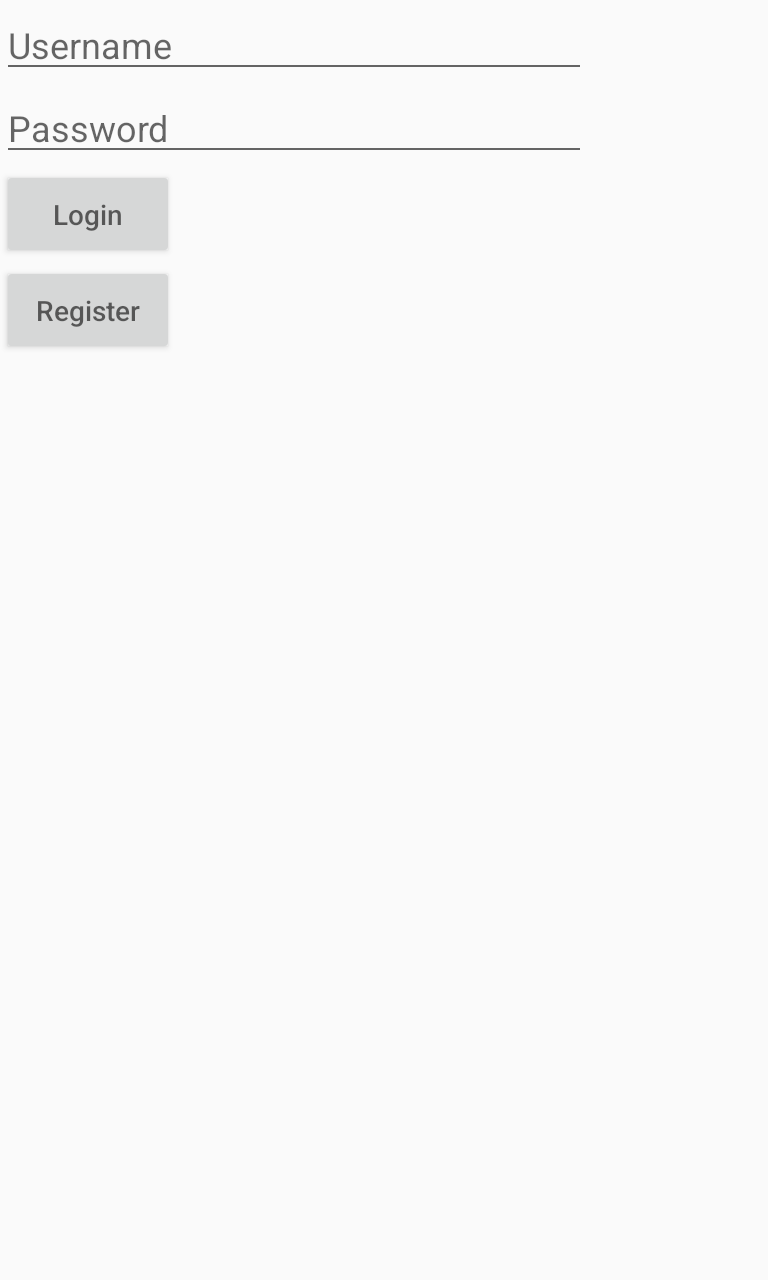
Repository: ostolz/androidteamworker
Layout: Android/TeamPlanBuch/res/layout/activity_login_screen.xml
The author's editor kept a copy of each file at every save. The layout is drawn from the files as they stood at one save, then again after the next save.
It is drawn on a 768 x 1280 px phone screen (xhdpi) without system bars, with theme AppTheme; the app's code is not run.

Above is the layout before, as saved 2014-05-08 10:32:49.

After the next save:
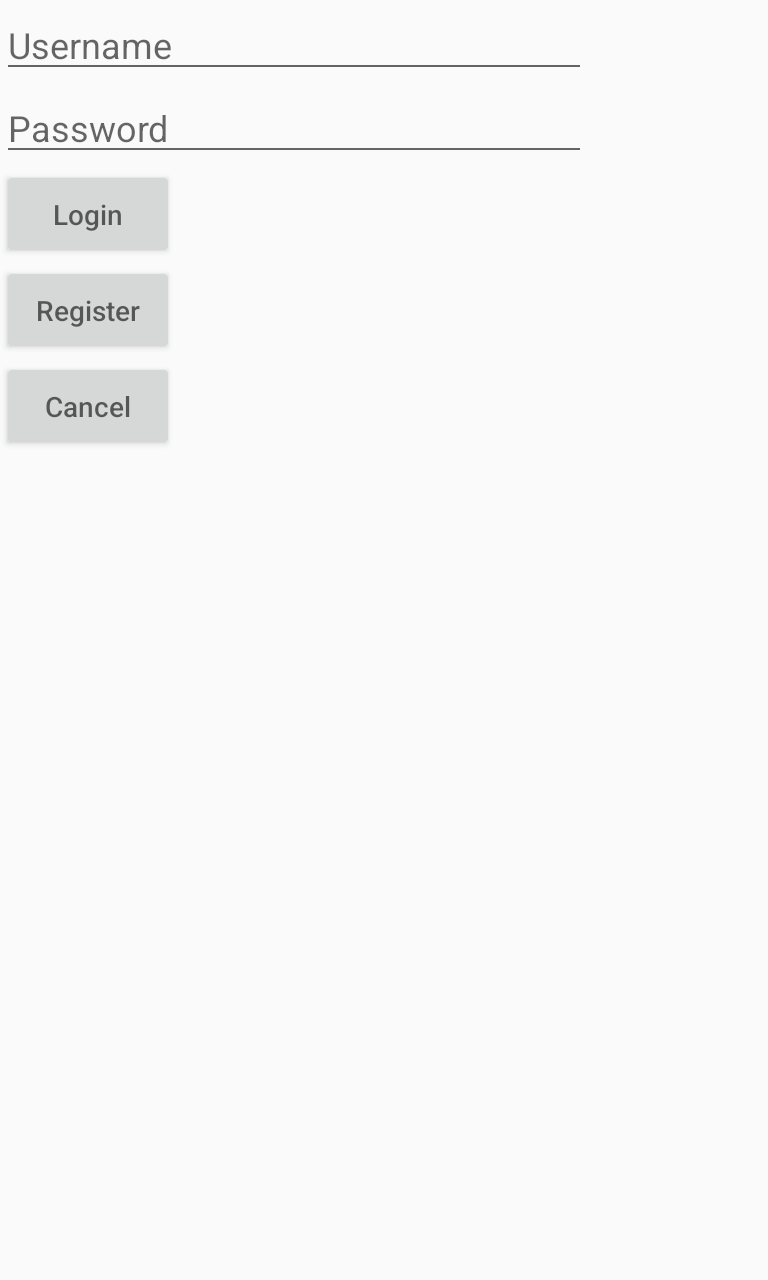
Saved 32 s later.
--- a/Android/TeamPlanBuch/res/layout/activity_login_screen.xml
+++ b/Android/TeamPlanBuch/res/layout/activity_login_screen.xml
@@ -35,4 +35,10 @@
         android:layout_gravity="center_vertical|fill_vertical"
         android:hint="@string/register" />
 
+    <Button
+        android:id="@+id/cancel"
+        android:layout_width="wrap_content"
+        android:layout_height="wrap_content"
+        android:hint="@string/cancel" />
+
 </LinearLayout>
